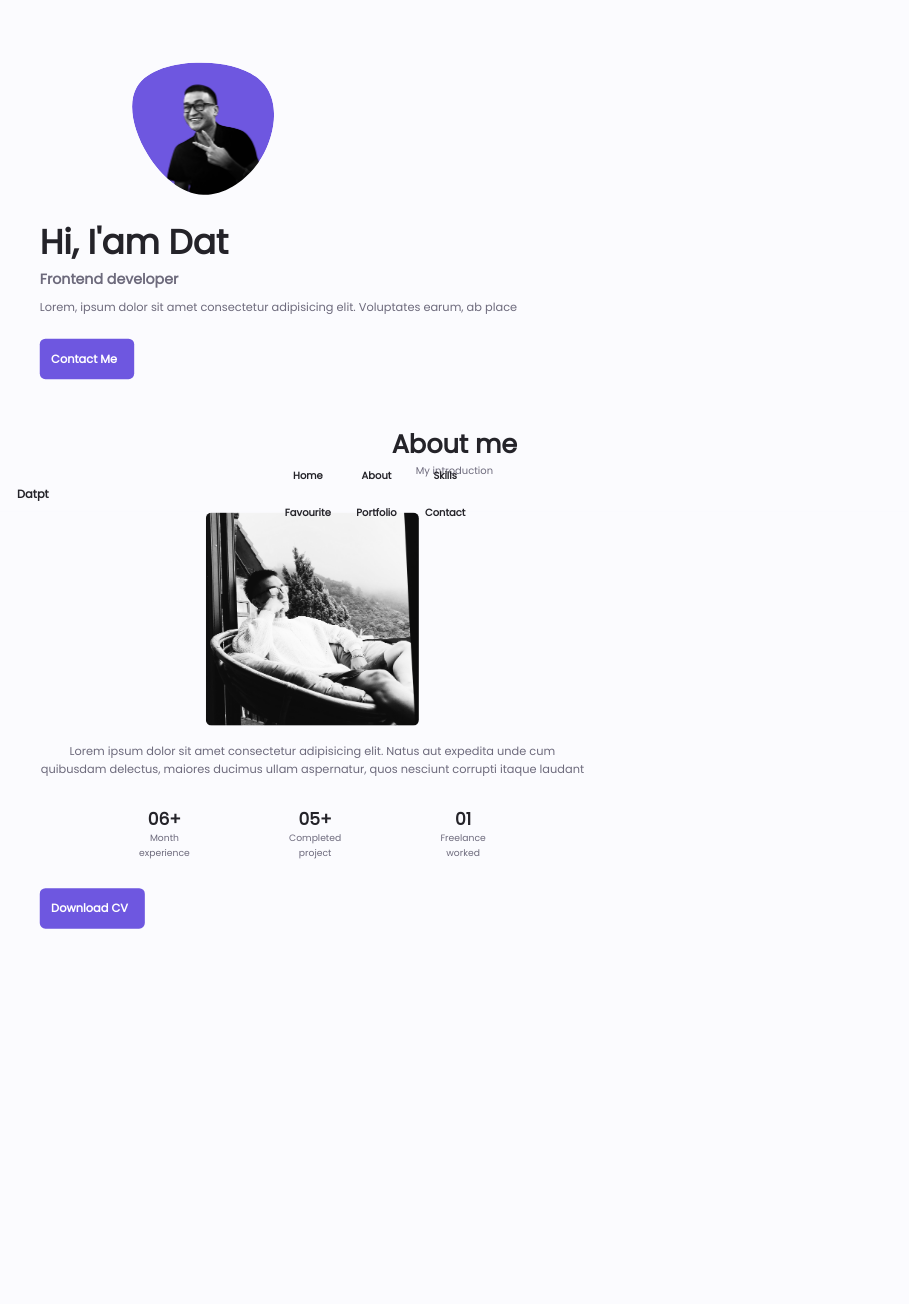
Repository: Datt21/portfolio
Page: index.html
The author's editor kept a copy of each file at every save. The page is drawn from the files as they stood at one save, then again after the next save.
The browser window is 1280 px wide. The pictures show the whole page, at 71% of full size.
Some icons come from a web library that is not loaded, so they are not drawn.

Above is the page before, as saved 2021-07-10 16:43:41.

After the next save:
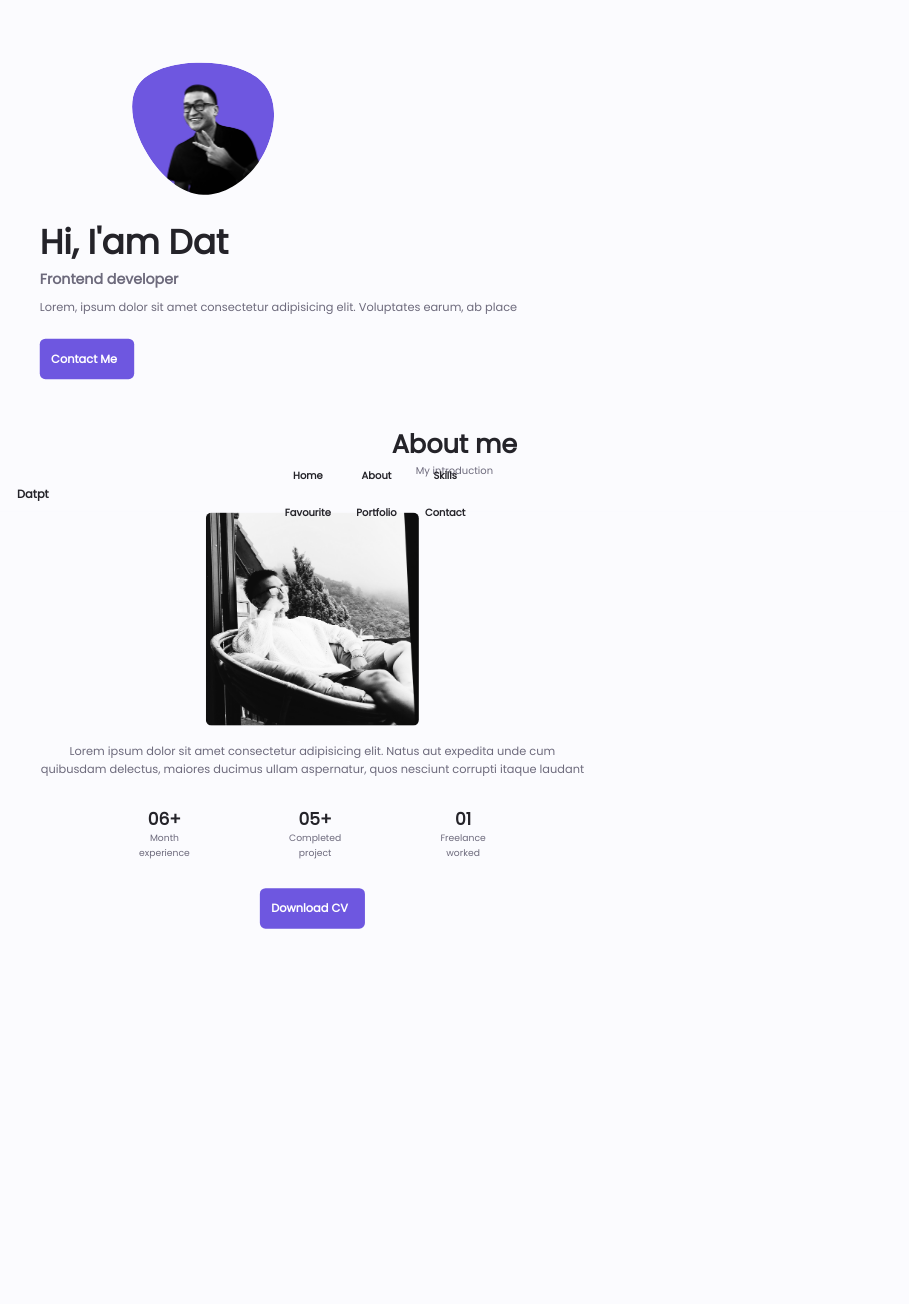
Saved 35 s later.
--- a/Css/style.css
+++ b/Css/style.css
@@ -374,6 +374,10 @@ img{
     text-align: center;
 }
 
+.about__buttons{
+    text-align: center;
+}
+
 
 
 
